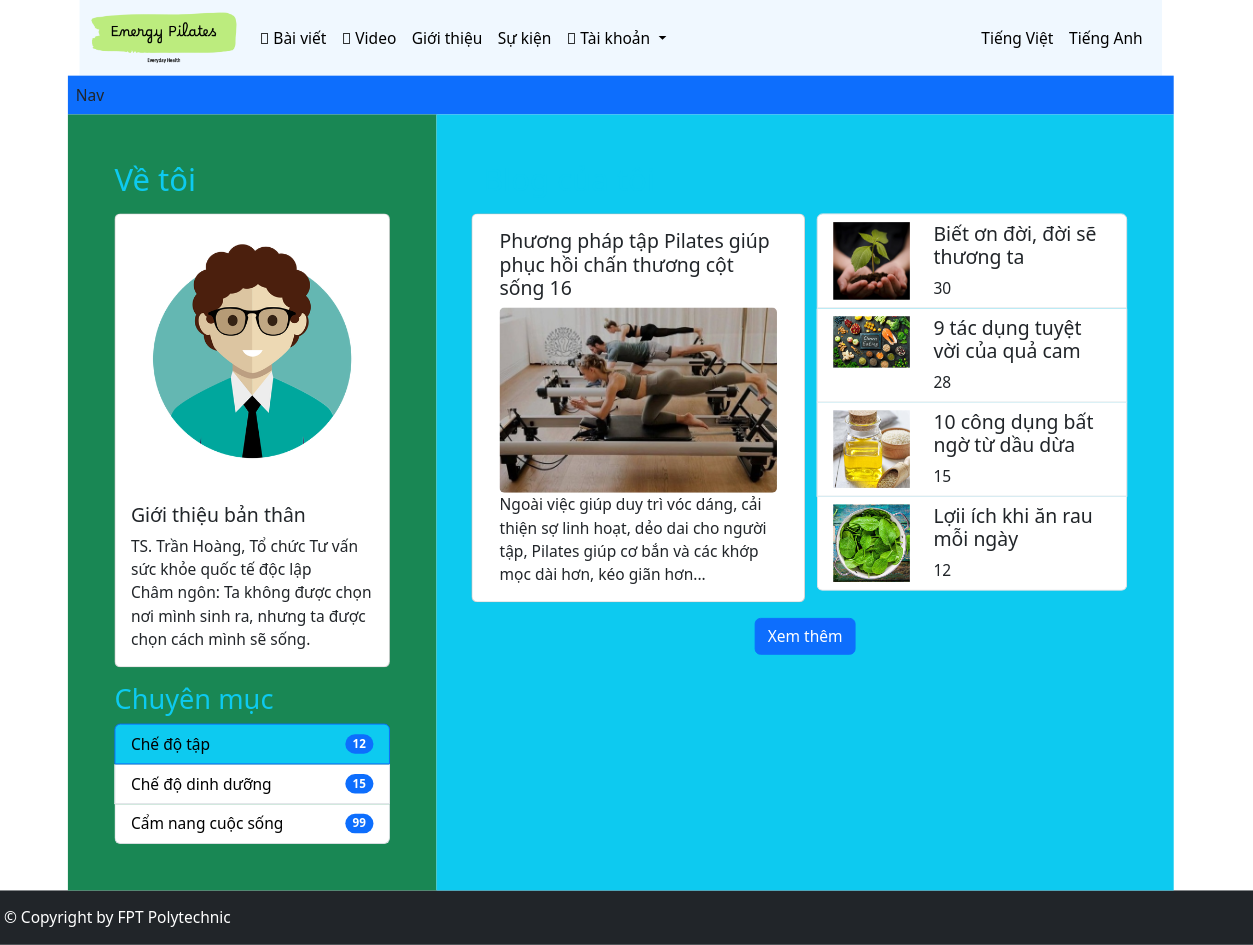
Repository: KizukoHeiwa/SOF308
Page: Lab1/index.html
An editor plug-in stored every save of this project. The page is shown before and after a run of saves, followed by the edit.
The browser window is 1280 px wide. The page is 1292 px wide, so the pictures cover 1292 px, including what lies to the right of the window. The pictures show the whole page, at 97% of full size.

Above is the page before, as saved 2024-10-31 10:43:24.

### Lab1/index.html
<!DOCTYPE html>
<html lang="en">
<head>
    <meta charset="UTF-8">
    <meta name="viewport" content="width=device-width, initial-scale=1.0">
    <title>FPT Polytechnic</title>
    <link href="https://cdn.jsdelivr.net/npm/bootstrap@5.3.3/dist/css/bootstrap.min.css" rel="stylesheet" integrity="sha384-QWTKZyjpPEjISv5WaRU9OFeRpok6YctnYmDr5pNlyT2bRjXh0JMhjY6hW+ALEwIH" crossorigin="anonymous">
    <script src="https://cdn.jsdelivr.net/npm/bootstrap@5.3.3/dist/js/bootstrap.bundle.min.js" integrity="sha384-YvpcrYf0tY3lHB60NNkmXc5s9fDVZLESaAA55NDzOxhy9GkcIdslK1eN7N6jIeHz" crossorigin="anonymous"></script>
    <link rel="stylesheet" href="https://cdnjs.cloudflare.com/ajax/libs/font-awesome/4.7.0/css/font-awesome.min.css">
    <style>
        header{
            background-color: aliceblue;
            /* box-shadow: 1px 1px 2px 1px lightgray; */
        }
        .nav-link{
            color: black;
        }
        .nav-link:hover{
            color: green;
        }
        .navbar-nav .nav-link.active, .navbar-nav .nav-link.show {
            color: green;
        }
        .button-wrapper{
            display: flex;
            justify-content: center;
            align-items: center;
        }
    </style>

</head>
<body>
    <div class="container">
        <header>
            <nav class="navbar navbar-expand-sm">
                <div class="container">
                    <a class="navbar-brand" href="#">
                        <img src="img/logo-energy-pilates.png" alt="" style="width: 150px;">
                    </a>
                    <div class="collapse navbar-collapse" id="collapsibleNavbar">
                        <ul class="navbar-nav me-auto">
                            <li class="nav-item">
                                <a class="nav-link" href="#"><i class="fa-solid fa-list"></i> Bài viết</a>
                            </li>
                            <li class="nav-item">
                                <a class="nav-link" href="#"><i class="fa-solid fa-film"></i> Video</a>
                            </li>
                            <li class="nav-item">
                                <a class="nav-link" href="#"><i class="fa-solid fa-circle-info"></i> Giới thiệu</a>
                            </li>
                            <li class="nav-item">
                                <a class="nav-link" href="#"><i class="fa-solid fa-calendar-days"></i> Sự kiện</a>
                            </li>
                            <li class="nav-item dropdown">
                                <a class="nav-link dropdown-toggle" href="#" role="button" data-bs-toggle="dropdown">
                                    <i class="fa-solid fa-user"></i> Tài khoản
                                </a>
                                <ul class="dropdown-menu">
                                    <li><a class="dropdown-item" href="#">Đăng nhập</a></li>
                                    <li><a class="dropdown-item" href="#">Quên mật khẩu</a></li>
                                    <li><a class="dropdown-item" href="#">Đăng ký thành viên</a></li>
                                </ul>
                            </li>
                        </ul>
                        <ul class="navbar-nav d-flex">
                            <li class="nav-item">
                                <a class="nav-link">Tiếng Việt</a>
                            </li>
                            <li class="nav-item">
                                <a class="nav-link">Tiếng Anh</a>
                            </li>
                        </ul>
                    </div>
                </div>
            </nav>
        </header>
        <nav class="row bg-primary p-2">Nav</nav>
        <section class="row">
            <aside class="col-sm-4 bg-success p-5">
                <div class="col-sm">
                    <h2 class="text-info mb-3">Về tôi</h2>
                    <div class="card mb-3">
                        <img src="img/avatar.png" class="card-img-top" alt="">
                        <div class="card-body">
                            <h5 class="card-title">Giới thiệu bản thân</h5>
                            <p class="card-text">TS. Trần Hoàng, Tổ chức Tư vấn sức khỏe quốc tế độc lập <br>
                                Châm ngôn: Ta không được chọn nơi mình sinh ra, nhưng ta được chọn cách mình sẽ sống.
                            </p>
                        </div>
                    </div>

                    <h3 class="text-info mt-2">Chuyên mục</h3>
                    <ul class="list-group">
                        <li class="list-group-item active bg-info d-flex justify-content-between align-items-center">
                            <a class="nav-link" href="#">Chế độ tập</a>
                            <span class="badge bg-primary rounded-pill">12</span>
                        </li>
                        <li class="list-group-item d-flex justify-content-between align-items-center">
                            <a class="nav-link" href="#">Chế độ dinh dưỡng</a>
                            <span class="badge bg-primary rounded-pill">15</span>
                        </li>
                        <li class="list-group-item d-flex justify-content-between align-items-center">
                            <a class="nav-link" href="#">Cẩm nang cuộc sống</a>
                            <span class="badge bg-primary rounded-pill">99</span>
                        </li>
                    </ul>
                    <!-- end Chuyên mục -->
                </div>
            </aside>
            <article class="col-sm-8 bg-info p-5">
                <div class="row">
                        <h2 class="text-info mb-3">Blog của tôi</h2>
                        <div class="card col-sm-6">
                            <div class="card-body">
                                <h5 class="card-title">Phương pháp tập Pilates giúp phục hồi chấn thương cột sống <i class="fa-solid fa-message"></i> 16</h5>
                                <img src="img/tap-piltes.jpg" alt="" class="card-img">
                                <p class="card-text">Ngoài việc giúp duy trì vóc dáng, cải thiện sợ linh hoạt, dẻo dai cho người tập, Pilates giúp cơ bắn và các khớp mọc dài hơn, kéo giãn hơn...</p>
                            </div>
                        </div>
                        <div class="col-sm-6">
                            <ul class="list-group">
                                <li class="list-group-item d-flex justify-content-between align-items-start">
                                    <div class="row">
                                        <div class="col-4">
                                            <img src="img/corevalue.jpg" alt="" class="card-img">
                                        </div>
                                        <div class="col-8">
                                            <h5>Biết ơn đời, đời sẽ thương ta</h5>
                                            <span>30</span>
                                        </div>
                                    </div>
                                </li>
                                <li class="list-group-item d-flex justify-content-between align-items-start">
                                    <div class="row">
                                        <div class="col-4">
                                            <img src="img/eat-clean.png" alt="" class="card-img">
                                        </div>
                                        <div class="col-8">
                                            <h5>9 tác dụng tuyệt vời của quả cam</h5>
                                            <span>28</span>
                                        </div>
                                    </div>
                                </li>
                                <li class="list-group-item d-flex justify-content-between align-items-start">
                                    <div class="row">
                                        <div class="col-4">
                                            <img src="img/sesameoil_300x300.jpg" alt="" class="card-img">
                                        </div>
                                        <div class="col-8">
                                            <h5>10 công dụng bất ngờ từ dầu dừa</h5>
                                            <span>15</span>
                                        </div>
                                    </div>
                                </li>
                                <li class="list-group-item d-flex justify-content-between align-items-start">
                                    <div class="row">
                                        <div class="col-4">
                                            <img src="img/spinach_300x300.jpg" alt="" class="card-img">
                                        </div>
                                        <div class="col-8">
                                            <h5>Lợii ích khi ăn rau mỗi ngày</h5>
                                            <span>12</span>
                                        </div>
                                    </div>
                                </li>
                            </ul>
                        </div>
                    </div>
                    <div class="button-wrapper">
                        <button type="button" class="btn btn-primary m-3">Xem thêm</button>
                    </div>
                </div>
            </article>
        </section>
        <footer class="row bg-dark p-3" style="color: white; text-align: center;">&copy; Copyright by FPT Polytechnic</footer>
    </div>
</body>
</html>

After the next 2 saves:
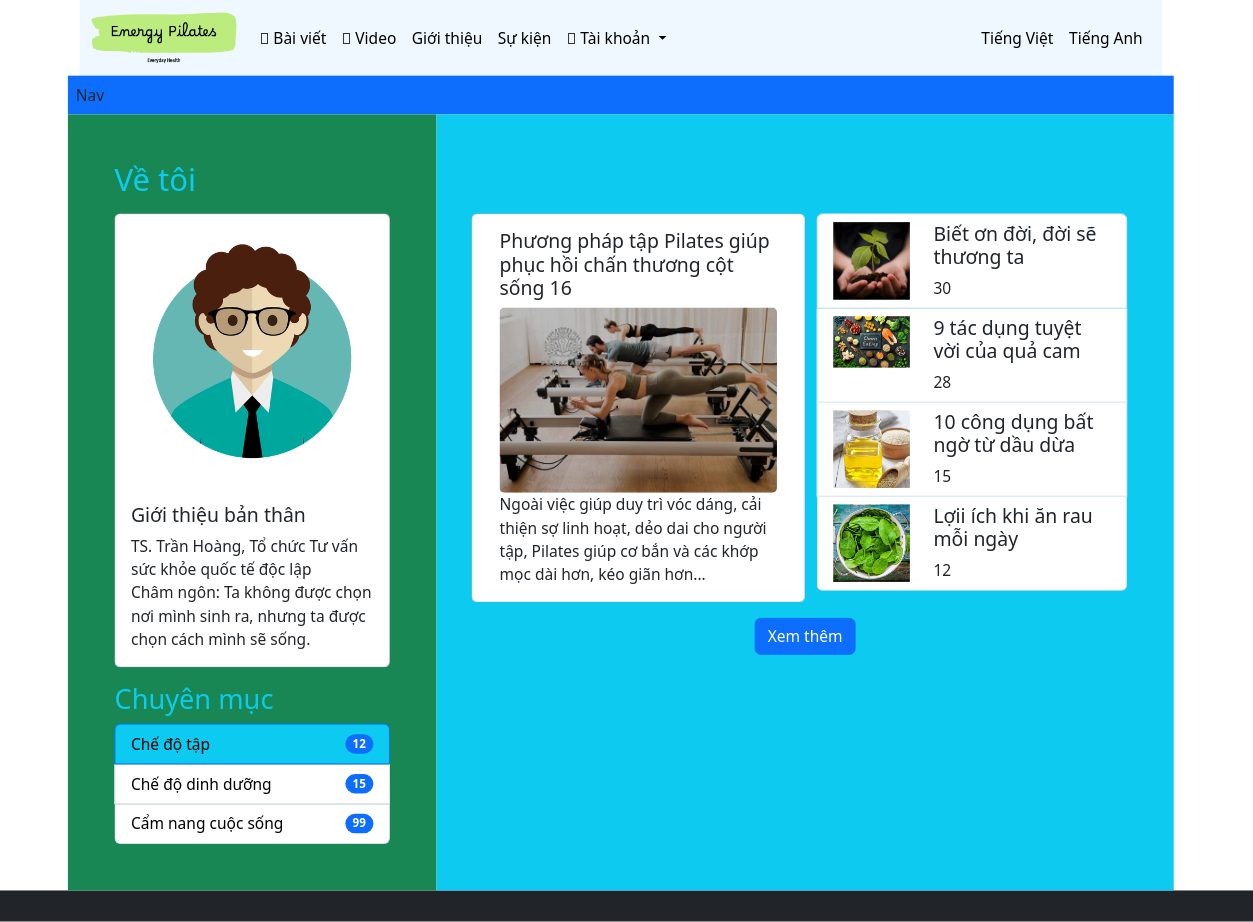
The 2 saves are shown as one change because they came seconds apart.
The last was saved 12 s later.
--- a/Lab1/index.html
+++ b/Lab1/index.html
@@ -172,7 +172,9 @@
                 </div>
             </article>
         </section>
-        <footer class="row bg-dark p-3" style="color: white; text-align: center;">&copy; Copyright by FPT Polytechnic</footer>
+        <footer class="row bg-dark p-3">
+
+        </footer>
     </div>
 </body>
 </html>
